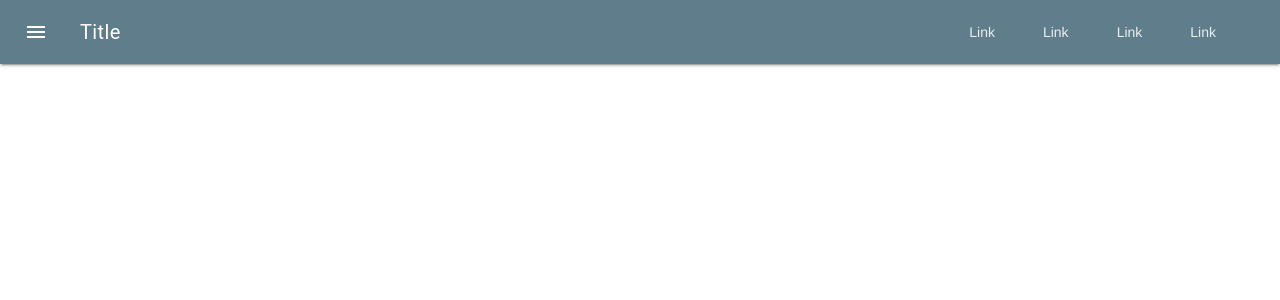
Repository: robertods/robertods.github.io
Page: my-pwa/index.html
An editor plug-in stored every save of this project. The page is shown before and after the next save, followed by the edit.
The browser window is 1280 px wide. The pictures show the whole page.

Above is the page before, as saved 2022-04-22 17:53:42.

After the next save:
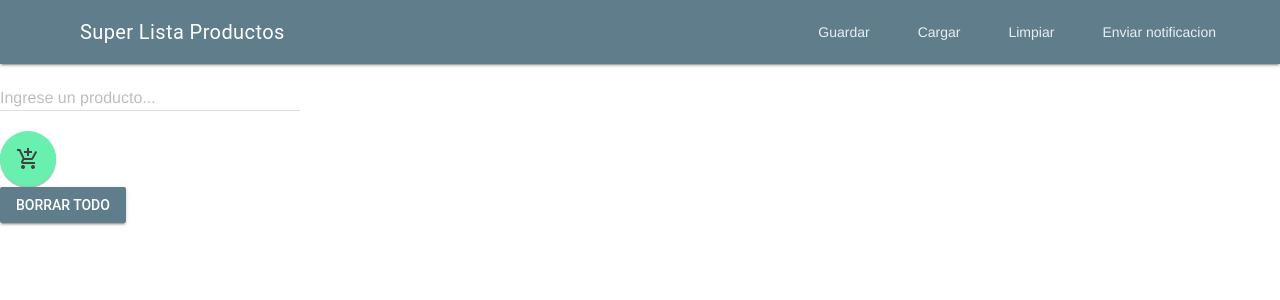
Saved 4 min 32 s later.
--- a/my-pwa/views/home.js
+++ b/my-pwa/views/home.js
@@ -2,35 +2,49 @@ import { html } from '../vendor/lit-html/index.js';
 
 export function view(){
   return html`
-    <!-- Always shows a header, even in smaller screens. -->
     <div class="mdl-layout mdl-js-layout mdl-layout--fixed-header">
-      <header class="mdl-layout__header">
-        <div class="mdl-layout__header-row">
-          <!-- Title -->
-          <span class="mdl-layout-title">Title</span>
-          <!-- Add spacer, to align navigation to the right -->
-          <div class="mdl-layout-spacer"></div>
-          <!-- Navigation. We hide it in small screens. -->
-          <nav class="mdl-navigation mdl-layout--large-screen-only">
-            <a class="mdl-navigation__link" href="">Link</a>
-            <a class="mdl-navigation__link" href="">Link</a>
-            <a class="mdl-navigation__link" href="">Link</a>
-            <a class="mdl-navigation__link" href="">Link</a>
-          </nav>
-        </div>
-      </header>
-      <div class="mdl-layout__drawer">
-        <span class="mdl-layout-title">Title</span>
-        <nav class="mdl-navigation">
-          <a class="mdl-navigation__link" href="">Link</a>
-          <a class="mdl-navigation__link" href="">Link</a>
-          <a class="mdl-navigation__link" href="">Link</a>
-          <a class="mdl-navigation__link" href="">Link</a>
-        </nav>
-      </div>
-      <main class="mdl-layout__content">
-        <div class="page-content"><!-- Your content goes here --></div>
-      </main>
+        <header class="mdl-layout__header">
+            <div class="mdl-layout__header-row">
+                <span class="mdl-layout-title">Super Lista Productos</span>
+                <div class="mdl-layout-spacer"></div>
+                <nav class="mdl-navigation mdl-layout--large-screen-only">
+                    <a href="#" class="mdl-navigation__link" id="btn-storage-guardar">Guardar</a>
+                    <a href="#" class="mdl-navigation__link" id="btn-storage-cargar">Cargar</a>
+                    <a href="#" class="mdl-navigation__link" id="btn-storage-limpiar">Limpiar</a>
+                    <a href="#" class="mdl-navigation__link" id="btn-send-push">Enviar notificacion</a>
+                </nav>
+            </div>
+        </header>
+        <main class="mdl-layout__content">
+            <div class="page-content">
+                <div class="contenedor">
+                    <div class="mdl-textfield mdl-js-textfield w-40">
+                        <input class="mdl-textfield__input" type="text" id="ingreso-producto">
+                        <label class="mdl-textfield__label" for="ingreso-producto">Ingrese un producto...</label>
+                    </div>
+                    <div class="w-30 ml-item">
+                        <button id="btn-entrada-producto"
+                            class="mdl-button mdl-js-button mdl-button--fab mdl-js-ripple-effect mdl-button--colored">
+                            <i class="material-icons">add_shopping_cart</i>
+                        </button>
+                    </div>
+                    <div class="w-30">
+                        <button id="btn-borrar-productos"
+                            class="mdl-button mdl-js-button mdl-button--raised mdl-button--colored mdl-js-ripple-effect">
+                            Borrar Todo
+                        </button>
+                    </div>
+
+                </div>
+
+                <div id="lista">
+                    <ul id="ul_lista">
+
+                    </ul>
+                </div>
+
+            </div>
+        </main>
     </div>
   `;
 }
